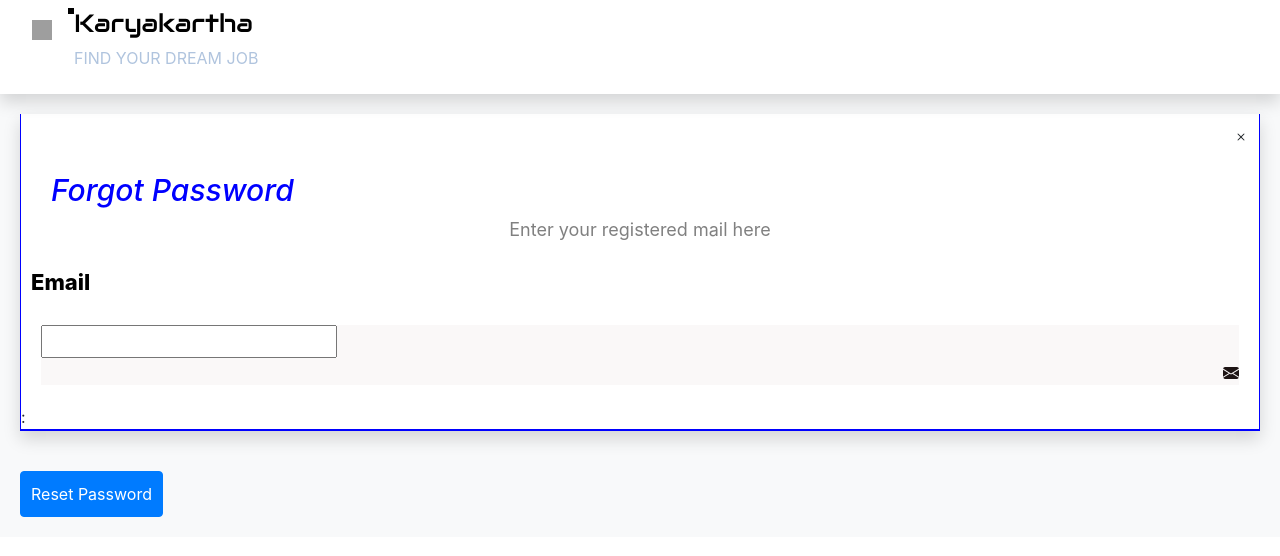
Repository: siri548/Karyakartha
Page: forgotPage.html
These files come from the project's save history. The page is drawn as it stood at one moment and after the next save; the edit follows.
The browser window is 1280 px wide. The pictures show the whole page.
Pictures or frames that could not be fetched are drawn as grey boxes.

Above is the page before, as saved 2023-11-04 18:10:31.
Console error (its wording comes from the project's code and is left out).

After the next save:
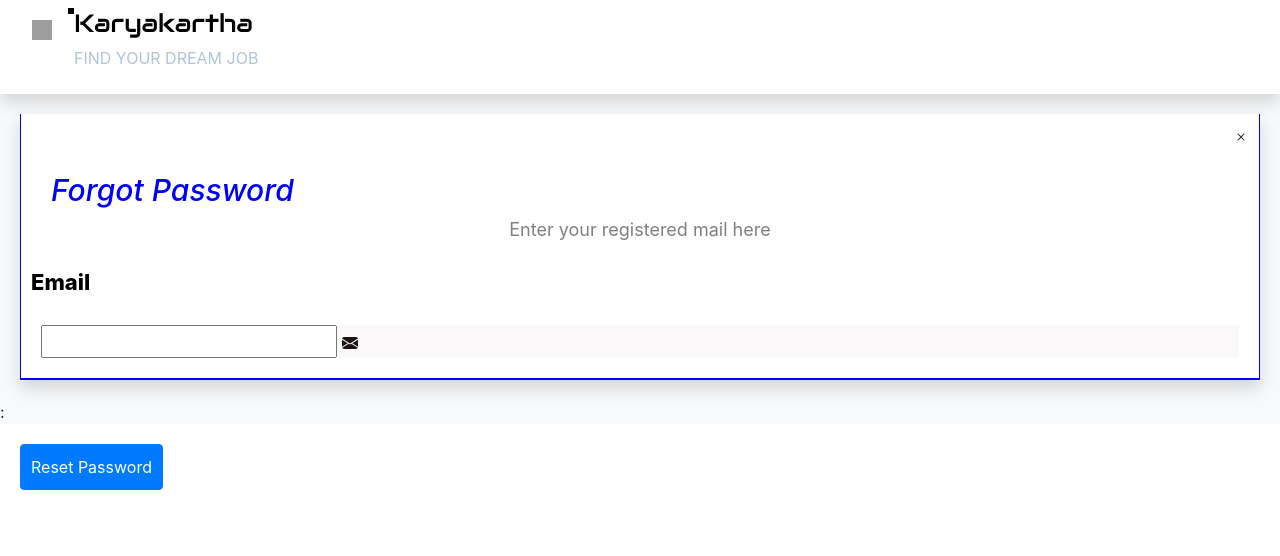
Saved 12 s later.
--- a/forgotPage.html
+++ b/forgotPage.html
@@ -67,20 +67,20 @@
             </div>
             <div class="forgotPage-inputContainer ">
                 <input type="text" paceholder=" enter your mail.. ">
-                <div class="text-right">
 
 
 
-                    <svg xmlns="http://www.w3.org/2000/svg" width="16" height="16" fill="currentColor" class="bi bi-envelope-fill forgotPage-envelopeIcon" viewBox="0 0 16 16">
+
+                <svg xmlns="http://www.w3.org/2000/svg" width="16" height="16" fill="currentColor" class="bi bi-envelope-fill forgotPage-envelopeIcon" viewBox="0 0 16 16">
 <path d     = "M.05 3.555A2 2 0 0 1 2 2h12a2 2 0 0 1 1.95 1.555L8 8.414.05 3.555ZM0 4.697v7.104l5.803-3.558L0 4.697ZM6.761 8.83l-6.57 4.027A2 2 0 0 0 2 14h12a2 2 0 0 0 1.808-1.144l-6.57-4.027L8 9.586l-1.239-.757Zm3.436-.586L16 11.801V4.697l-5.803 3.546Z"/>
 </svg>
 
 
 
-                </div>
-            </div>:
-        </div>
-        <button class=" btn btn-primary forgotPage-resetButton ">Reset Password</button>
+            </div>
+        </div>:
+    </div>
+    <button class=" btn btn-primary forgotPage-resetButton ">Reset Password</button>
 
     </div>
     </div>
